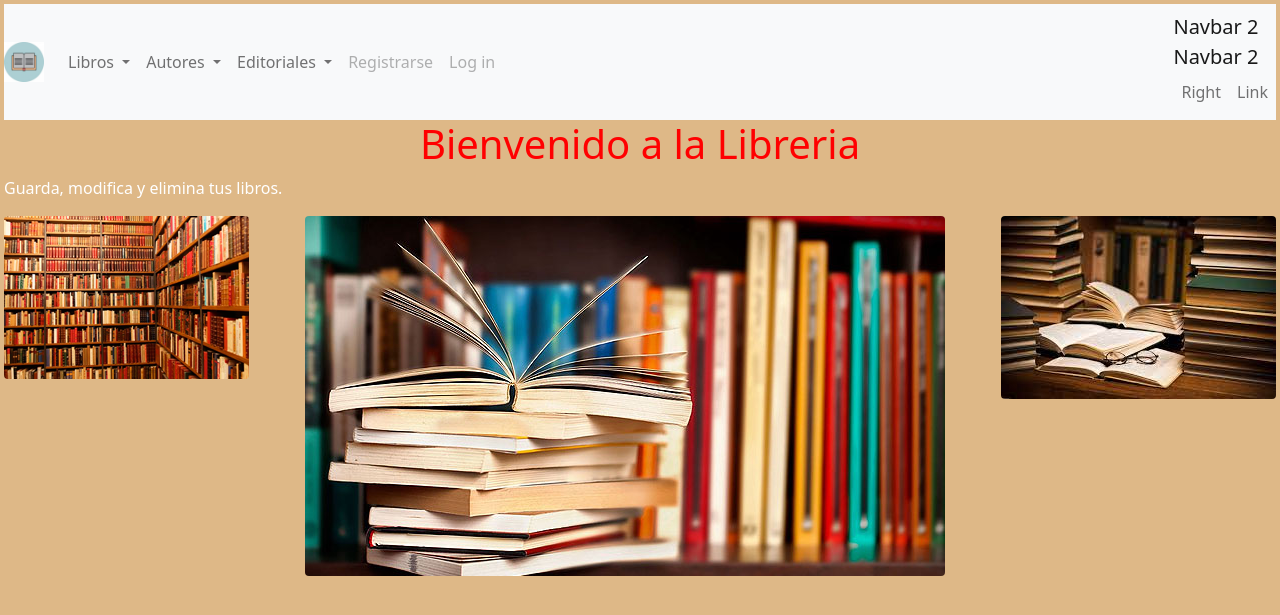
Repository: frnalonso/libreria
Page: src/main/resources/templates/index.html
These files come from the project's save history. The page is drawn as it stood at one moment and after the next save; the edit follows.
The browser window is 1280 px wide. The pictures show the whole page.

Above is the page before, as saved 2021-12-03 03:03:23.

### src/main/resources/templates/index.html

<!doctype html>
<html lang="en">
  <head>
    <!-- Required meta tags -->
    <meta charset="utf-8">
    <meta name="viewport" content="width=device-width, initial-scale=1">

    <!-- Bootstrap CSS -->
    <link href="https://cdn.jsdelivr.net/npm/bootstrap@5.1.3/dist/css/bootstrap.min.css" rel="stylesheet" integrity="sha384-1BmE4kWBq78iYhFldvKuhfTAU6auU8tT94WrHftjDbrCEXSU1oBoqyl2QvZ6jIW3" crossorigin="anonymous">
    <link rel="stylesheet" href="/css/index.css"/>
    <title>Inicio</title>

  </head>
  <body class="p-1 text-white">
    <nav class="navbar navbar-expand-lg navbar-light bg-light">
        <a class="navbar-brand" href="/" ><img src="/images/icono_libreria2.jpg" width="40px" alt=""></a>
        <button class="navbar-toggler" type="button" data-toggle="collapse" data-target="#navbarNavAltMarkup" aria-controls="navbarNavAltMarkup" aria-expanded="false" aria-label="Toggle navigation">
          <span class="navbar-toggler-icon"></span>
        </button>
        <div class="collapse navbar-collapse" id="navbarNavAltMarkup">
          <div class="navbar-nav">
            <li class="nav-item dropdown">
              <a class="nav-link dropdown-toggle" href="#" id="navbarDropdown" role="button" data-bs-toggle="dropdown" aria-expanded="false">
                Libros
              </a>
              <ul class="dropdown-menu" aria-labelledby="navbarDropdown">
                <li><a class="dropdown-item" href="/registro">Registrar Libro</a></li>
                <li><a class="dropdown-item" href="/mostrar">Ver Libros</a></li>
              </ul>
            </li>
            <li class="nav-item dropdown">
              <a class="nav-link dropdown-toggle" href="#" id="navbarDropdown" role="button" data-bs-toggle="dropdown" aria-expanded="false">
                Autores
              </a>
              <ul class="dropdown-menu" aria-labelledby="navbarDropdown">
                <li><a class="dropdown-item" href="/autor/registrarAutor">Registrar Autor</a></li>
                <li><a class="dropdown-item" href="/autor/mostrarAutores">Ver Autores</a></li>
              </ul>
            </li>
            <li class="nav-item dropdown">
              <a class="nav-link dropdown-toggle" href="#" id="navbarDropdown" role="button" data-bs-toggle="dropdown" aria-expanded="false">
                Editoriales
              </a>
              <ul class="dropdown-menu" aria-labelledby="navbarDropdown">
                <li><a class="dropdown-item" href="/editorial/registrarEditorial">Registrar Editorial</a></li>
                <li><a class="dropdown-item" href="/editorial/mostrarEditoriales">Ver Editoriales</a></li>
              </ul>
            </li>
            <a class="nav-item nav-link disabled" href="Log in">Registrarse</a>
            <a class="nav-item nav-link disabled" href="Log in">Log in</a>
          </div>
        </div>
        <div class="mx-auto order-0">
          <a class="navbar-brand mx-auto" href="#">Navbar 2</a>
          <button class="navbar-toggler" type="button" data-toggle="collapse" data-target=".dual-collapse2">
              <span class="navbar-toggler-icon"></span>
          </button>
          <div class="mx-auto order-0">
            <a class="navbar-brand mx-auto" href="#">Navbar 2</a>
            <button class="navbar-toggler" type="button" data-toggle="collapse" data-target=".dual-collapse2">
                <span class="navbar-toggler-icon"></span>
            </button>
        </div>

            <ul class="navbar-nav ml-auto">
                <li class="nav-item">
                    <a class="nav-link" href="#">Right</a>
                </li>
                <li class="nav-item">
                    <a class="nav-link" href="#">Link</a>
                </li>
            </ul>

      </div>
      </nav>
    <h1>Bienvenido a la Libreria</h1>
    <p>Guarda, modifica y elimina tus libros.</p>

    <img src="/images/registrar_libro.png" class="rounded float-start" alt="...">
<img src="/images/autor_registrar.jpg" class="rounded float-end" alt="...">
<img src="/images/editorial_registrar.jpg" class="rounded mx-auto d-block" alt="...">


    <!-- Optional JavaScript; choose one of the two! -->

    <!-- Option 1: Bootstrap Bundle with Popper -->
    <script src="https://cdn.jsdelivr.net/npm/bootstrap@5.1.3/dist/js/bootstrap.bundle.min.js" integrity="sha384-ka7Sk0Gln4gmtz2MlQnikT1wXgYsOg+OMhuP+IlRH9sENBO0LRn5q+8nbTov4+1p" crossorigin="anonymous"></script>

    <!-- Option 2: Separate Popper and Bootstrap JS -->
    <!--
    <script src="https://cdn.jsdelivr.net/npm/@popperjs/core@2.10.2/dist/umd/popper.min.js" integrity="sha384-7+zCNj/IqJ95wo16oMtfsKbZ9ccEh31eOz1HGyDuCQ6wgnyJNSYdrPa03rtR1zdB" crossorigin="anonymous"></script>
    <script src="https://cdn.jsdelivr.net/npm/bootstrap@5.1.3/dist/js/bootstrap.min.js" integrity="sha384-QJHtvGhmr9XOIpI6YVutG+2QOK9T+ZnN4kzFN1RtK3zEFEIsxhlmWl5/YESvpZ13" crossorigin="anonymous"></script>
    -->
  </body>
</html>

### src/main/resources/static/css/index.css
body {
    background-color:burlywood;
}

h1 {
    color: red;
    text-align: center;
}

img {
    display:block;
    margin:auto;
}

After the next save:
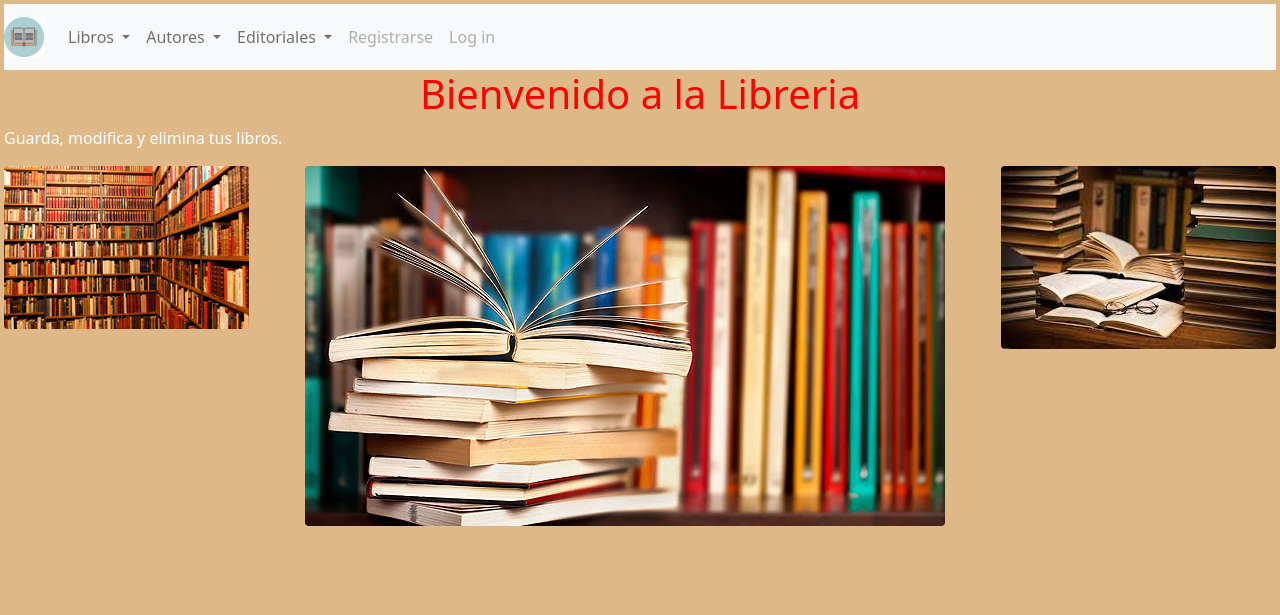
Saved 41 s later.
--- a/src/main/resources/templates/index.html
+++ b/src/main/resources/templates/index.html
@@ -51,28 +51,8 @@
             <a class="nav-item nav-link disabled" href="Log in">Log in</a>
           </div>
         </div>
-        <div class="mx-auto order-0">
-          <a class="navbar-brand mx-auto" href="#">Navbar 2</a>
-          <button class="navbar-toggler" type="button" data-toggle="collapse" data-target=".dual-collapse2">
-              <span class="navbar-toggler-icon"></span>
-          </button>
-          <div class="mx-auto order-0">
-            <a class="navbar-brand mx-auto" href="#">Navbar 2</a>
-            <button class="navbar-toggler" type="button" data-toggle="collapse" data-target=".dual-collapse2">
-                <span class="navbar-toggler-icon"></span>
-            </button>
-        </div>
 
-            <ul class="navbar-nav ml-auto">
-                <li class="nav-item">
-                    <a class="nav-link" href="#">Right</a>
-                </li>
-                <li class="nav-item">
-                    <a class="nav-link" href="#">Link</a>
-                </li>
-            </ul>
 
-      </div>
       </nav>
     <h1>Bienvenido a la Libreria</h1>
     <p>Guarda, modifica y elimina tus libros.</p>
